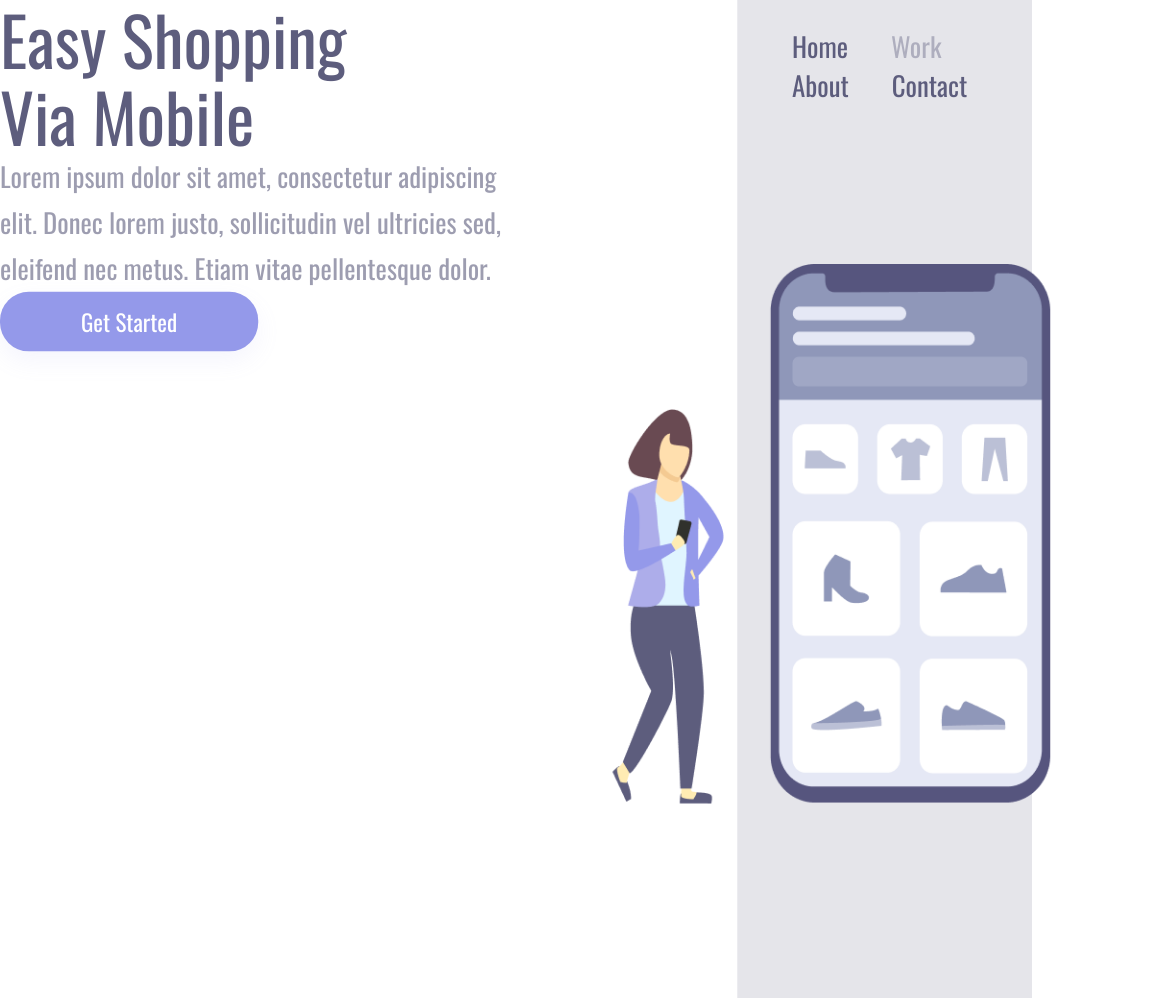
Repository: Leo-Marques-882/Projeto-Git-2
Page: index.html
These files come from the project's save history. The page is drawn as it stood at one moment and after the next save; the edit follows.
The browser window is 768 px wide. The page is 1224 px wide, then 768 px, so the pictures cover 1224 px, including what lies to the right of the window. The pictures show the whole page, at 96% of full size.

Above is the page before, as saved 2023-03-07 01:07:02.

### index.html
<!DOCTYPE html>
<html lang="pt_br">

<head>
    <meta charset="UTF-8">
    <meta http-equiv="X-UA-Compatible" content="IE=edge">
    <meta name="viewport" content="width=device-width, initial-scale=1.0">
    <link rel="stylesheet" href="styless.css">
    <link rel="preconnect" href="https://fonts.googleapis.com">
    <link rel="preconnect" href="https://fonts.gstatic.com" crossorigin>
    <link href="https://fonts.googleapis.com/css2?family=Oswald&display=swap" rel="stylesheet">

    <title>Projeto 1</title>
</head>

<body>
    <div class="wrapper">
        <section class="container-left">
            <h1>Easy Shopping Via Mobile</h1>
            <p>Lorem ipsum dolor sit amet, consectetur adipiscing
                elit. Donec lorem justo, sollicitudin vel ultricies sed,
                eleifend nec metus. Etiam vitae pellentesque dolor. </p>
            <button>Get Started</button>
        </section>
        <section class="container-right">
            <header>
                <a>Home</a>
                <a>Work</a>
                <a>About</a>
                <a>Contact</a>
            </header>
            <img src="./img/Illustration.png" alt="girl-cellphone">
        </section>
    </div>
</body>

</html>

### styless.css
* {
    margin: 0;
    padding: 0;
    box-sizing: border-box;
    font-family: 'Oswald', sans-serif;
}

.wapper {
    height: 100vh;
    width: 100%;
}

.container-left {
    display: inline-block;
    width: 60%;
    margin-top: 28%;
    padding-left: 75px;
    padding-right: 82px;
}

h1 {
    font-weight: 400;
    font-size: 70px;
    line-height: 80px;
    color: #5D5D7D;
    width: 368px;
}

p {
    font-weight: 400;
    font-size: 28px;
    line-height: 48px;
    color: #5D5D7D;
    opacity: 0.6;
    margin: 15px -117;
    width: 540px;
}

button {
    width: 269px;
    height: 62px;
    background: #9499EA;
    box-shadow: 0px 10px 24px rgba(148, 153, 234, 0.0979959);
    font-weight: 400;
    font-size: 24px;
    line-height: 36px;
    text-align: center;
    color: #FFFFFF;
    border-radius: 30px;
    border: none;
    cursor: pointer;
}

button:hover {
    opacity: .8;
}

button:active {
    opacity: .5;
}

.container-right {
    display: inline-block;
    background-color: rgba(93, 93, 125, 0.16);
    height: 130vh;
    width: 40%;
    position: absolute;
}

a {
    width: 59px;
    font-weight: 400px;
    font-size: 28px;
    line-height: 41px;
    color: #5D5D7D;
    margin-right: 41px;
    cursor: pointer;
}

a:nth-child(2) {
    opacity: 0.4;
}

a:hover {
    opacity: .4;
}

a:active {
    opacity: .8;
}

img {
    position: relative;
    top: 16%;
    right: 130px;
}

header {
    margin: 27px 0 0 57px;
}

@media  screen and (max-width: 900px) {
    .container-left {
        width: 100%;
        height: 50%;
        padding: 0;
        margin: 0;
    }

}

After the next save:
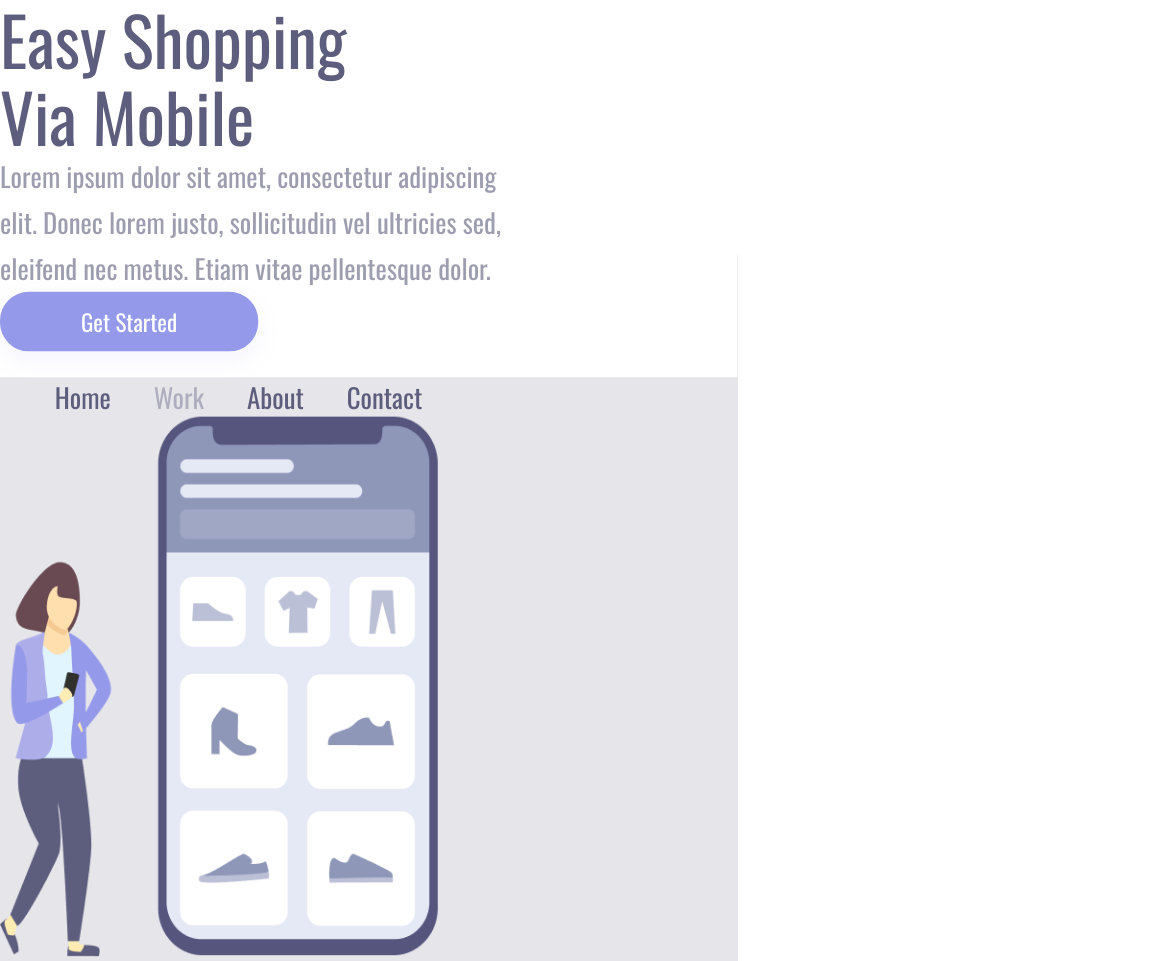
Saved 2 min 27 s later.
--- a/styless.css
+++ b/styless.css
@@ -107,4 +107,15 @@
         margin: 0;
     }
 
+    .container-right{
+        display: block;
+        height: auto;
+        width: 100%;
+        position: static;
 }
+
+img {
+position: static;
+}
+
+}
